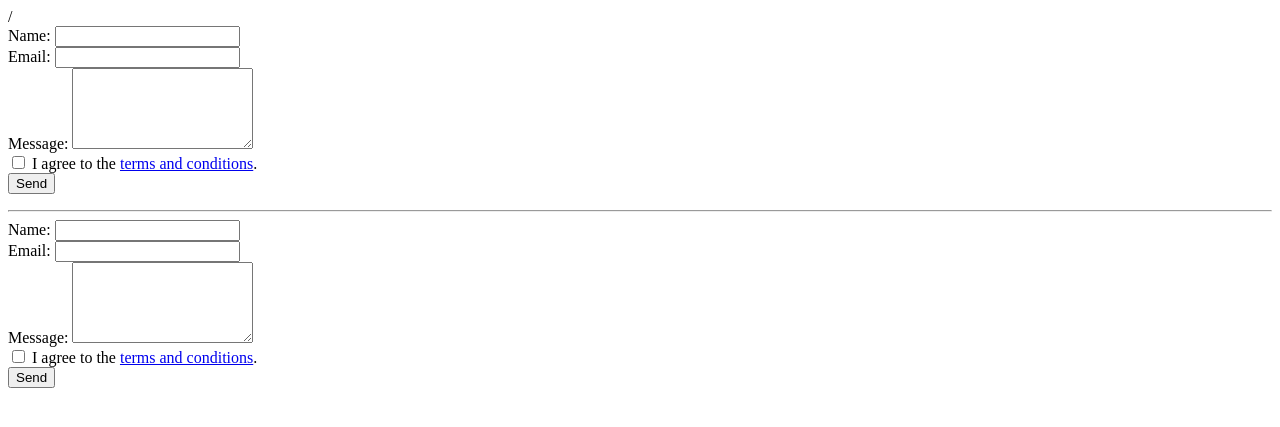
Repository: PcarloP/java_se
Page: http://localhost/anagraficaweb/jsp/jspEmail.jsp
An editor plug-in stored every save of this project. The page is shown before and after the next save, followed by the edit.
The browser window is 1280 px wide. The pictures show the whole page.
The page is served by Tomcat 10.

Above is the page before, as saved 2025-06-20 15:17:10.

After the next save:
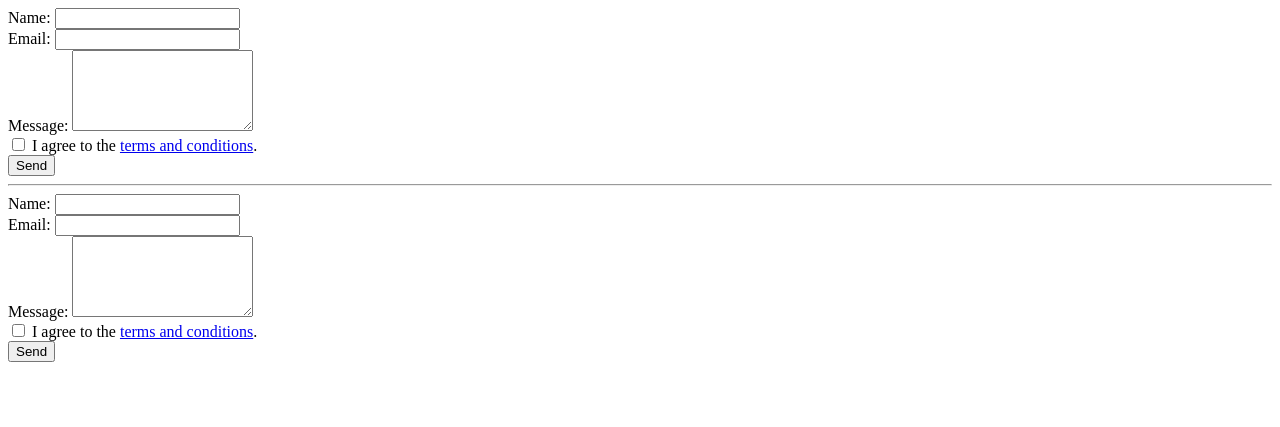
Saved 28 s later.
--- a/anagraficaweb/WebContent/jsp/jspEmail.jsp
+++ b/anagraficaweb/WebContent/jsp/jspEmail.jsp
@@ -1,4 +1,4 @@
-/<%@ page language="java" contentType="text/html; charset=ISO-8859-1"
+<%@ page language="java" contentType="text/html; charset=ISO-8859-1"
 pageEncoding="ISO-8859-1"%>
 <!DOCTYPE html> <html> <head> <meta charset="ISO-8859-1"> <title>Insert title here</title> </head> <body> <form action="<%=request.getContextPath() + "/servletform" %>" method="get"> <label for="name">Name:</label> <input type="text" id="name"name="name" required> <br> <label for="email">Email:</label> <input type="email" id="email" name="email" required><br> <label for="message">Message:</label> <textarea id="message" name="message" rows="5" required></textarea><br>
 	<div>
